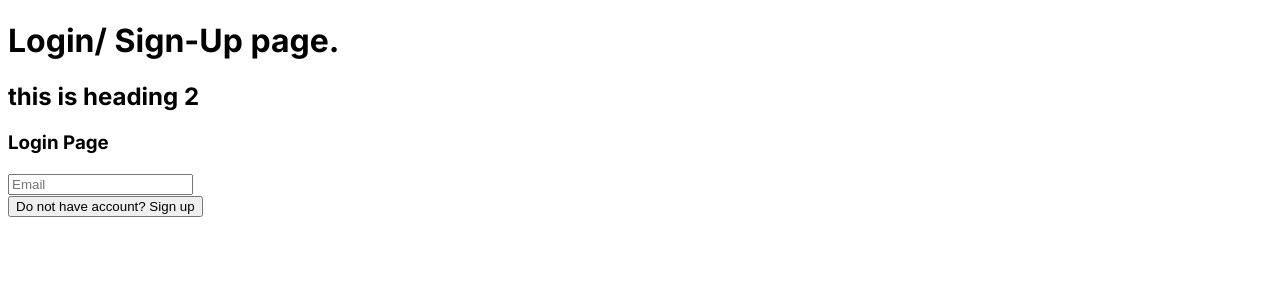
Repository: its-kundan/food-on-time
Page: /restaurant
These files come from the project's save history. The page is drawn as it stood at one moment and after a run of saves; the edit follows.
The browser window is 1280 px wide. The pictures show the whole page.
The project was rebuilt for these pictures with package versions that can differ from the ones it lists, and the page was loaded fresh each time. The framework's server and built-in components were replaced by stand-ins that run in the browser. Also part of the build but not shown: next.config.mjs, src/app/globals.css, src/app/_components/SignUp.jsx.

Above is the page before, as saved 2024-07-24 19:40:08.

### src/app/restaurant/page.js
/* disable eslint */
"use client"
import React from 'react'
import { useState } from 'react';

import Login from '@/app/_components/Login'
import Signup from '@/app/_components/Signup'

function Restaurant() {
    const [login,setLogin] = useState(true);
  return (
    <>
    <h1> Login/ Sign-Up page.</h1>
    <h2> this is heading 2</h2>
    {
        login?<Login/>:<Signup/>
    }


    <div>

    <button onClick={()=>{setLogin(!login)}}>
      {login?"Do not have account? Sign up":"Already have an account? Login"}

    </button>
    </div>
    </>
  )
}

export default Restaurant

### src/app/_components/Login.jsx
import React from 'react'

function Login() {
  return (
    <>
        <h3> Login  Page</h3>
        <input type="text" placeholder="Email" />

    </>
  )
}

export default Login

Loaded but not shown: src/app/layout.js (common file); tailwind.config.js (common file)

After the next 3 saves:
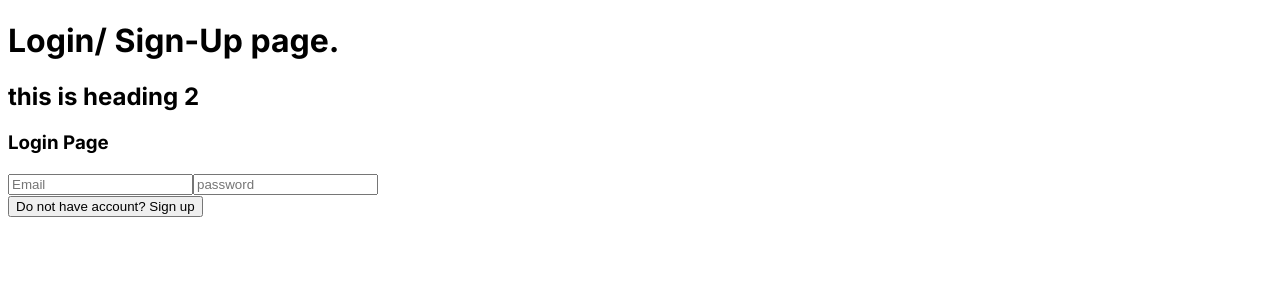
The 3 saves are shown as one change because 1 did not build or start and some came seconds apart.
The last was saved 12 s later.
--- a/src/app/_components/Login.jsx
+++ b/src/app/_components/Login.jsx
@@ -5,7 +5,7 @@ function Login() {
     <>
         <h3> Login  Page</h3>
         <input type="text" placeholder="Email" />
-
+        <input type="text" placeholder="password" />
     </>
   )
 }
